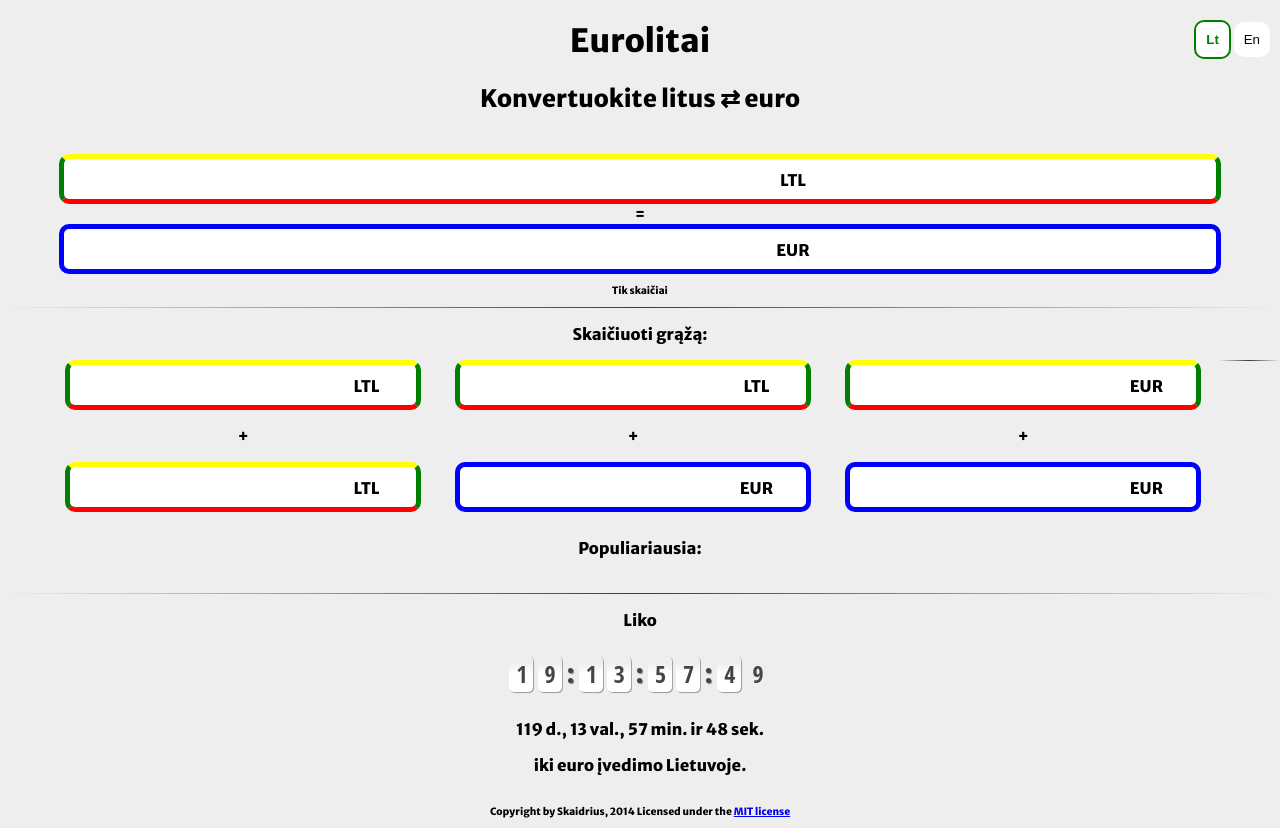
Repository: Skaidrius/eurolitai
Page: index.html
The author's editor kept a record of every edit. The page is drawn from the files as they stood at one moment, then again after the next edit.
The browser window is 1280 px wide. The pictures show the whole page.
Some web libraries are served in a nearby version.

Above is the page before.

### index.html
<!DOCTYPE html>
<html>
  <head>
    <meta charset="utf-8">
    <meta http-equiv="X-UA-Compatible" content="IE=edge,chrome=1">
    <title>Eurolitai</title>
    <meta name="title" content="Eurolitai">
    <meta name="description" content="litų į/iš euro konverteris convert LTL to/from EUR">
    <meta name="viewport" content="width=device-width" scallable="1">
    <link rel="stylesheet" type="text/css" href="style/style.css">

  </head>
  <body class="body">
    <!--calculate LTL <> Eur-->
    <div>
      <h1 class="center">Eurolitai</h1>
        <div class = "languages ">
          <button id="lithuanian" class="button round">Lt</button>
          <button id="english" class="button round">En</button>
        </div>
      <h2 class="center"><span class="lithuanian">Konvertuokite litus &#8644; euro<br> </span><span class="english">Easy convert LTL &#8644; EUR</span></h2><br>
    </div>
    <form class="form center">
      <!--LT box-->
      <div class="box lt round">
        <input class="input center" type="number" id="lt" name="lt">
        <label class="money" for="lt">LTL</label>
      </div>

      <div>&#61;<div>
      <!--En box-->
      <div class="box eur round">
        <input class="input center" type="number" id="eur" name="eur">
        <label class="money" for="eur">EUR</label>
      </div>

      <div id="error" class="alert">
        <p><span class="lithuanian">Tik skaičiai </span><span class="english"> Only numbers</span></p>
      </div>
    </form>
    <hr>
    <!--calculate change-->
    <div class="change">
      <div>
        <p><span class="lithuanian">Skaičiuoti grąžą: </span><span class="english"> Calculate change:</span></p>
        <div id="changeCalculator">
          <div class="third">
            <div class="box lt round">
              <input class="input center" type="number" id="changeLtLt1" name="lt">
              <label class="money" for="lt">LTL</label>
            </div>
            <p>+</p>
            <div class="box lt round">
              <input class="input center" type="number" id="changeLtLt2" name="lt">
              <label class="money" for="lt">LTL</label>
            </div>
          </div>
          <div class="third">
            <div class="box lt round">
              <input class="input center" type="number" id="changeLt" name="lt">
              <label class="money" for="lt">LTL</label>
            </div>
            <p>+</p>
            <div class="box eur round">
              <input class="input center" type="number" id="changeEur" name="eur">
              <label class="money" for="eur">EUR</label>
            </div>
          </div>
          <div class="third">
            <div class="box lt round">
              <input class="input center" type="number" id="changeEurEur1" name="eur">
              <label class="money" for="eur">EUR</label>
            </div>
            <p>+</p>
            <div class="box eur round">
              <input class="input center" type="number" id="changeEurEur2" name="eur">
              <label class="money" for="eur">EUR</label>
            </div>
          </div>
        </div>
      </div>

      <!--explain change-->
      <div id="explain">
      </div>
    </div>
    <hr>

    <div class="popular">
      <p><span class="lithuanian">Populiariausia: </span><span class="english"> Popular picks:</span></p>
      <ul class = "lteur"></ul>
      <ul class = "eurlt"></ul>
    </div>
    <hr>

    <!--countdown 'till 2015-01-01-->
    <div class = "center">
      <p><span class="english center">Until Euro in Lithuania </span>
      <span class="lithuanian center">Liko </span></p>
    </div>
		<div id="countdown"></div>

		<p id="note"></p>

      <div class="left">
        <span class="lithuanian center">iki euro įvedimo Lietuvoje.</span>
        <span class="english center">left.</span>
      </div>
    <script type="text/javascript" src="https://code.jquery.com/jquery-1.11.1.min.js"></script>
    <script type="text/javascript" src="script/main.js"></script>
    <script type="text/javascript" src="script/script.js"></script>
    <script type="text/javascript" src="script/countdown.js"></script>
  </body>
  <footer class="down center">Copyright by Skaidrius, 2014 Licensed under the <a href="http://opensource.org/licenses/MIT">MIT license</a></footer>
</html>

### style/style.css
@import url(http://fonts.googleapis.com/css?family=Merriweather+Sans:400,800&subset=latin,latin-ext);

/*body*/
.body {
  width:100%;
  margin: 0 auto;
  font: bold 16px 'Merriweather Sans', sans-serif;
  background: #eee;
  overflow-x: none;
}

#countDownBlock {
  padding: 10px;
}

.button {   padding: 10px;
  background: white;
  border: 3px #000;
}

.center {
  text-align: center;
  clear: both;
}

.box {
  text-align: center;
  background: white;
  margin: 0 auto;
  position: relative;
  max-width: 90%;
}

.input {
  display: inline-block;
  max-width: 65%;
  padding: 8px 12px;
  margin: 0;
  font-size: 1.3em;
  font-weight: bold;
  border: 0;
  position: relative;
  outline: 0;
  color: #53f;
}

.round {   border-radius: 10px; }

.active {
  border: 2px solid green;
  background: white;
  color: green;
  font-weight: bold;
}

.lt {
  border-top: 5px solid yellow;
  border-left: 5px solid green;
  border-right: 5px solid green;
  border-bottom: 5px solid red;
}

.eur {
  border: 5px solid blue;
  margin-bottom: 10px;
}

.money {
  padding-right: 5px;
}

.input::-webkit-outer-spin-button,
.input::-webkit-inner-spin-button {
    /* display: none; <- Crashes Chrome on hover */
    -webkit-appearance: none;
    margin: 0; /* <-- Apparently some margin are still there even though it's hidden */
}

.error {
  display: inline-block;
  font-size: 1em;
  font-weight: bold;
  padding: 10px;
  margin: 0 auto;
  margin-bottom: 1em;
  color: white;
  background-color: red;
}

.visible {  visibility: visible; }

.hidden { display: none; }

.languages {
  position: absolute;
  right: 10px;
  top: 20px;
}

.alert {   font-size: 10px; }

#countdown {
  margin: 10px auto;
}

.countdownHolder{
  padding-top: 10px;
	margin:0 auto;
	font: 24px/1.5 'Open Sans Condensed',sans-serif;
	text-align:center;
	letter-spacing:-3px;
}

.position{
	display: inline-block;
	height: 1.6em;
	overflow: hidden;
	position: relative;
	width: 1.05em;
}

.digit{
	position:absolute;
	display:block;
	width:1em;
	background-color:#eee;
	border-radius:0.2em;
	text-align:center;
	color:#444;
	letter-spacing:-1px;
}

.digit.static{
	box-shadow:1px 1px 1px rgba(4, 4, 4, 0.35);

	background-image: linear-gradient(bottom, #3A3A3A 50%, #444444 50%);
	background-image: -o-linear-gradient(bottom, #3A3A3A 50%, #444444 50%);
	background-image: -moz-linear-gradient(bottom, #3A3A3A 50%, #444444 50%);
	background-image: -webkit-linear-gradient(bottom, #3A3A3A 50%, #444444 50%);
	background-image: -ms-linear-gradient(bottom, #3A3A3A 50%, #444444 50%);

	background-image: -webkit-gradient(
		linear,
		left bottom,
		left top,
		color-stop(0.8, #eee),
		color-stop(0.5, #fff)
	);
}

/**
 * You can use these classes to hide parts
 * of the countdown that you don't need.
 */

.countDiv{
	display:inline-block;
	width:16px;
	height:1.6em;
	position:relative;
}

.countDiv:before,
.countDiv:after{
	position:absolute;
	width:5px;
	height:5px;
	background-color:#444;
	border-radius:50%;
	left:50%;
	margin-left:-3px;
	top:0.5em;
	box-shadow:1px 1px 1px rgba(4, 4, 4, 0.5);
	content:'';
}

.countDiv:after{
	top:0.9em;
}

.popular {
  display: inline-block;
}

.popular ul {
  margin-top: 0;
  padding: 0 10px;
  float: left;
  font-size: 0.7em;
  font: sans-serif;
}
.popular ul li{
  list-style: none;
}

hr {
    /* http://css-tricks.com/examples/hrs/ */
    border: 0;
    height: 1px;
    background-image: -webkit-linear-gradient(left, rgba(0,0,0,0), rgba(0,0,0,0.75), rgba(0,0,0,0));
    background-image:    -moz-linear-gradient(left, rgba(0,0,0,0), rgba(0,0,0,0.75), rgba(0,0,0,0));
    background-image:     -ms-linear-gradient(left, rgba(0,0,0,0), rgba(0,0,0,0.75), rgba(0,0,0,0));
    background-image:      -o-linear-gradient(left, rgba(0,0,0,0), rgba(0,0,0,0.75), rgba(0,0,0,0));
}
#showChange {
  margin-bottom: 10px;
}


.down {
  font-size: 10px;
  padding: 30px 0 10px 0;
}

.third:first-child{
  padding-left: 4%;
}
.changeCalculator:after{
  content: '';
  display:table;
  clear: both;
}
.changeCalculator {
  width: 100%;
}
.third {
  width: 30%;
  padding: 0 3px;
  float: left;
}
.explain:before {
  clear: both;
}

### script/main.js
(function($) {

  var ltInp = $('#lt'),
      eurInp = $('#eur'),
      changeLtLt1Inp = $('#changeLtLt1'),
      changeLtLt2Inp = $('#changeLtLt2'),
      changeLtInp = $('#changeLt'),
      changeEurInp = $('#changeEur'),
      changeEurEur1Inp = $('#changeEurEur1'),
      changeEurEur2Inp = $('#changeEurEur2'),
      lithuanianInp = $("#lithuanian"),
      englishInp = $("#english"),
      error = $('#error');

  // initialisation
  $(".english").addClass("hidden");
  lithuanianInp.addClass("active");

  //change language
  lithuanianInp.click(function(){
    $(this).addClass("active");
    englishInp.removeClass("active");
    $(".english").hide();
    $(".lithuanian").show();
  });
  englishInp.click(function(){
    $(this).addClass("active");
    lithuanianInp.removeClass("active");
    $(".lithuanian").hide();
    $(".english").show();
  });

  var show = function(){
    $(this).removeClass("hidden").addClass("visible");
  };

  var hide = function(){
    $(this).removeClass("visible").addClass("hidden");
  };

  // convert currency functions
  var toEur = function(lt){
    var eur;
    eur = (lt / 3.4528).toFixed(2);
    return eur;
  };

  var toLt = function(eur){
    var lt;
    lt = (eur * 3.4528).toFixed(2);
    return lt;
  };

  //convert currencies
  ltInp.keyup(function () {
    var lt = $(this).val(),
        eur = toEur(lt);
    if ($.isNumeric(lt)) {
      hideError();
      eurInp.val(eur).toString().replace(".", ",");
      showNumbers();
    } else {
      showError();
    }
  });

  eurInp.keyup(function () {
    var eur = $(this).val(),
        lt = toLt(eur);
    if ($.isNumeric(eur)) {
      hideError();
      ltInp.val(lt).toString().replace(".", ",");
      showNumbers();
    } else {
      showError();
    }
  });

  var hideError = function(){
    error.addClass("hidden");
    clear();
  };
  var showError = function() {
    error.removeClass("hidden").addClass("error");
  };

  //clearing functions
  var clear = function(){
    changeLtLt1Inp.val('');
    changeLtLt2Inp.val('');
    changeLtInp.val('');
    changeEurInp.val('');
    changeEurEur1Inp.val('');
    changeEurEur2Inp.val('');
  };
  var clear1 = function(){
    changeLtInp.val('');
    changeEurInp.val('');
    changeEurEur1Inp.val('');
    changeEurEur2Inp.val('');
  };
  var clear2 = function(){
    changeLtLt1Inp.val('');
    changeLtLt2Inp.val('');
    changeEurEur1Inp.val('');
    changeEurEur2Inp.val('');
  };
  var clear3 = function(){
    changeLtLt1Inp.val('');
    changeLtLt2Inp.val('');
    changeLtInp.val('');
    changeEurInp.val('');
  };

  // currency change calculator
  // first conversion LTL(EUR)=LTL+LTL
  changeLtLt1Inp.keyup(function () {
    clear1();
    var change,
        lt = $(this).val();
    change =  (ltInp.val() - lt).toFixed(2);
    changeLtLt2Inp.val(change).toString().replace(".", ",");
    showNumbers();
  });

  changeLtLt2Inp.keyup(function () {
    clear1();
    var change,
        lt = $(this).val();
    change = (ltInp.val() - lt).toFixed(2);
    changeLtLt1Inp.val(change).toString().replace(".", ",");
    showNumbers();
  });

  // second conversion LTL(EUR)=LTL+EUR
  changeLtInp.keyup(function () {
    clear2();
    var change,
        lt = $(this).val();
    change =  toEur(ltInp.val() - lt);
    changeEurInp.val(change).toString().replace(".", ",");
    showNumbers();
  });

  changeEurInp.keyup(function () {
    clear2();
    var change,
        eur = $(this).val();
    change = toLt(eurInp.val() - eur);
    changeLtInp.val(change).toString().replace(".", ",");
    showNumbers();
  });

  // third conversion LTL(EUR)=EUR+EUR
  changeEurEur1Inp.keyup(function () {
    clear3();
    var change,
        eur = $(this).val();
    change = (eurInp.val() - eur).toFixed(2);
    changeEurEur2Inp.val(change).toString().replace(".", ",");
    showNumbers();
  });

  changeEurEur2Inp.keyup(function () {
    clear3();
    var change,
        eur = $(this).val();
    change = (eurInp.val() - eur).toFixed(2);
    changeEurEur1Inp.val(change).toString().replace(".", ",");
    showNumbers();
  });

  // show calculation
  var showNumbers = function(){
    var explain = $('#explain'),
        lts = ltInp.val().toString().replace(".", ","),
        eurs = eurInp.val().toString().replace(".", ","),
        changeLtLt1 = changeLtLt1Inp.val().toString().replace(".", ","),
        changeLtLt2 = changeLtLt2Inp.val().toString().replace(".", ","),
        changeEurs = changeEurInp.val().toString().replace(".", ","),
        changeLts = changeLtInp.val().toString().replace(".", ","),
        changeEurEur1 = changeEurEur1Inp.val().toString().replace(".", ","),
        changeEurEur2 = changeEurEur2Inp.val().toString().replace(".", ","),
        calculationText;
    if (changeLtLt1 !=="" && changeLtLt2 !=="") {
      calculationText = "<p>" + lts +" Lt (" + eurs + " Eur) = " + changeLtLt1 +" Lt + " + changeLtLt2 + " Lt" + "</p>";
    } else if (changeEurs !=="" && changeLts !=="") {
      calculationText = "<p>" + lts +" Lt (" + eurs + " Eur) = " + changeLts +" Lt + " + changeEurs + " Eur" + "</p>";
    } else if (changeEurEur1 !=="" && changeEurEur2!=="" ) {
      calculationText = "<p>" + lts +" Lt (" + eurs + " Eur) = " + changeEurEur1 +" Eur + " + changeEurEur2 + " Eur" + "</p>";
    } else {
      calculationText = "<p>" + lts +" Lt (" + eurs + " Eur) " + "</p>";
    }
    explain.html(calculationText);
  };

}) (jQuery);

### script/script.js
/**
 * @name		jQuery Countdown Plugin
 * @author		Martin Angelov
 * @version 	1.0
 * @url			http://tutorialzine.com/2011/12/countdown-jquery/
 * @license		MIT License
 */

$(function(){

	var note = $('#note'),
		ts = new Date(2015, 0, 1);


	if((new Date()) > ts){
		// Notice the *1000 at the end - time must be in milliseconds
		ts = (new Date()).getTime();
	}

	$('#countdown').countdown({
		timestamp	: ts,
		callback	: function(days, hours, minutes, seconds){

			var message = "";
				if ($('#english').hasClass("active")){
				message += days + " day" + ( days==1 ? '':'s' );
				message += hours + " hour" + ( hours==1 ? '':'s' );
				message += minutes + " minute" + ( minutes==1 ? '':'s' ) + " and ";
				message += seconds + " second" + ( seconds==1 ? '':'s' ) ;
				} else {
				message += days + " d." + ", ";
				message += hours + " val." + ", ";
				message += minutes + " min." + " ir ";
				message += seconds + " sek.";
				}

			note.html(message);
		}
	});

});

### script/countdown.js
/**
 * @name		jQuery Countdown Plugin
 * @author		Martin Angelov
 * @version 	1.0
 * @url			http://tutorialzine.com/2011/12/countdown-jquery/
 * @license		MIT License
 */

(function($){
	// Number of seconds in every time division
	var days	= 24*60*60,
		hours	= 60*60,
		minutes	= 60;

	// Creating the plugin
	$.fn.countdown = function(prop){
		var options = $.extend({
			callback	: function(){},
			timestamp	: 0
		},prop);

		var left, d, h, m, s, positions;

		// Initialize the plugin
		init(this, options);

		positions = this.find('.position');

		(function tick(){

			// Time left
			left = Math.floor((options.timestamp - (new Date())) / 1000);

			if(left < 0){
				left = 0;
			}

			// Number of days left
			d = Math.floor(left / days);

			updateDuoDays(0, 1, d);
			left -= d*days;

			// Number of hours left
			h = Math.floor(left / hours);
			updateDuo(2, 3, h);
			left -= h*hours;

			// Number of minutes left
			m = Math.floor(left / minutes);
			updateDuo(4, 5, m);
			left -= m*minutes;

			// Number of seconds left
			s = left;
			updateDuo(6, 7, s);

			// Calling an optional user supplied callback
			options.callback(d, h, m, s);

			// Scheduling another call of this function in 1s
			setTimeout(tick, 1000);
		})();

		// This function updates two digit positions at once
		function updateDuo(minor,major,value){
			switchDigit(positions.eq(minor),Math.floor(value/10)%10);
			switchDigit(positions.eq(major),value%10);
		}
		function updateDuoDays(minor, major,value){
			switchDigit(positions.eq(minor),Math.floor(value/10)%10);
			switchDigit(positions.eq(major),value%10);
		}


		return this;
	};


	function init(elem, options){
		elem.addClass('countdownHolder');

		// Creating the markup inside the container
		$.each(['Hours','Days','Minutes','Seconds'],function(i){
			$('<span class="count'+this+'">').html(
				'<span class="position">\
					<span class="digit static">0</span>\
				</span>\
				<span class="position">\
					<span class="digit static">0</span>\
				</span>'
			).appendTo(elem);

			if(this!="Seconds"){
				elem.append('<span class="countDiv countDiv'+i+'"></span>');
			}
		});

	}

	// Creates an animated transition between the two numbers
	function switchDigit(position,number){

		var digit = position.find('.digit')

		if(digit.is(':animated')){
			return false;
		}

		if(position.data('digit') == number){
			// We are already showing this number
			return false;
		}

		position.data('digit', number);

		var replacement = $('<span>',{
			'class':'digit',
			css:{
				top:'-2.1em',
				opacity:0
			},
			html:number
		});

		// The .static class is added when the animation
		// completes. This makes it run smoother.

		digit
			.before(replacement)
			.removeClass('static')
			.animate({top:'2.5em',opacity:0},'fast',function(){
				digit.remove();
			})

		replacement
			.delay(100)
			.animate({top:0,opacity:1},'fast',function(){
				replacement.addClass('static');
			});
	}
})(jQuery);

After the next edit:
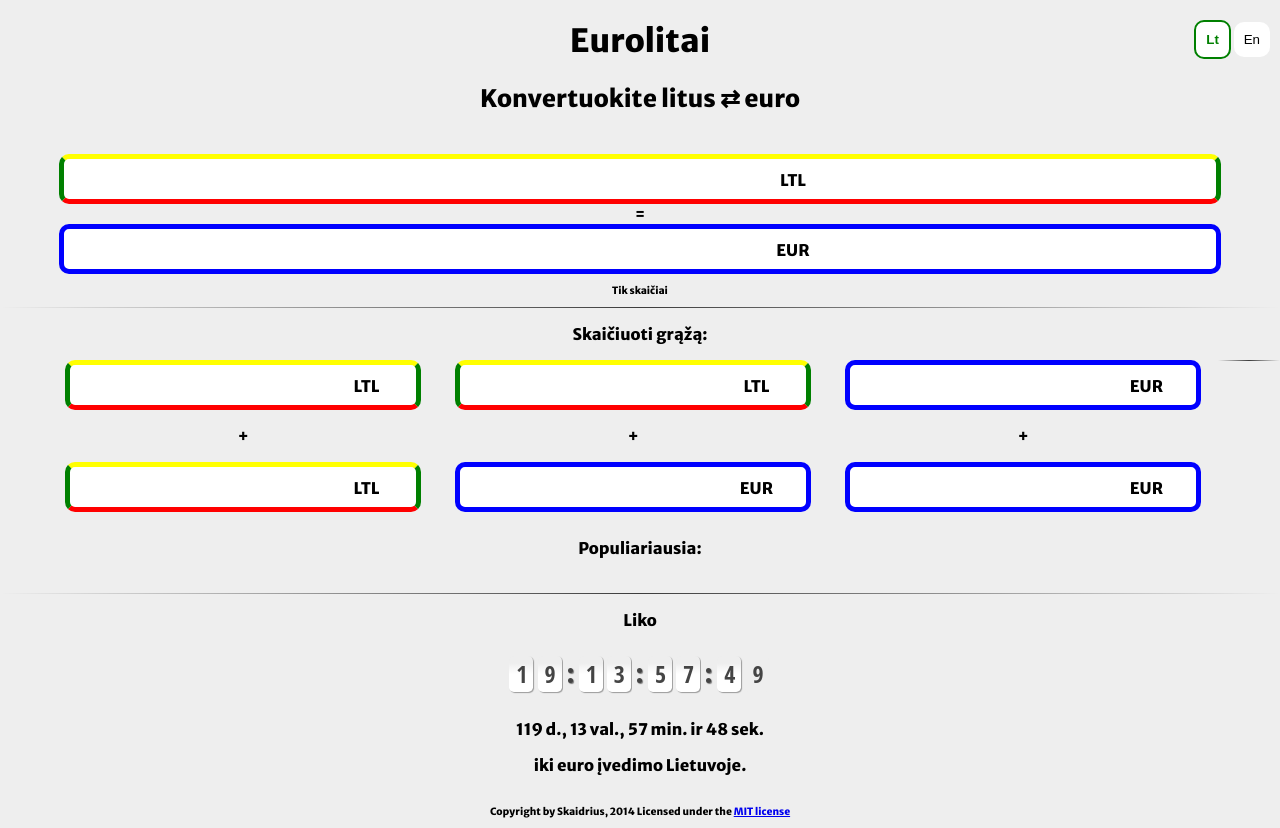
The edit:
--- a/index.html
+++ b/index.html
@@ -67,7 +67,7 @@
             </div>
           </div>
           <div class="third">
-            <div class="box lt round">
+            <div class="box eur round">
               <input class="input center" type="number" id="changeEurEur1" name="eur">
               <label class="money" for="eur">EUR</label>
             </div>
